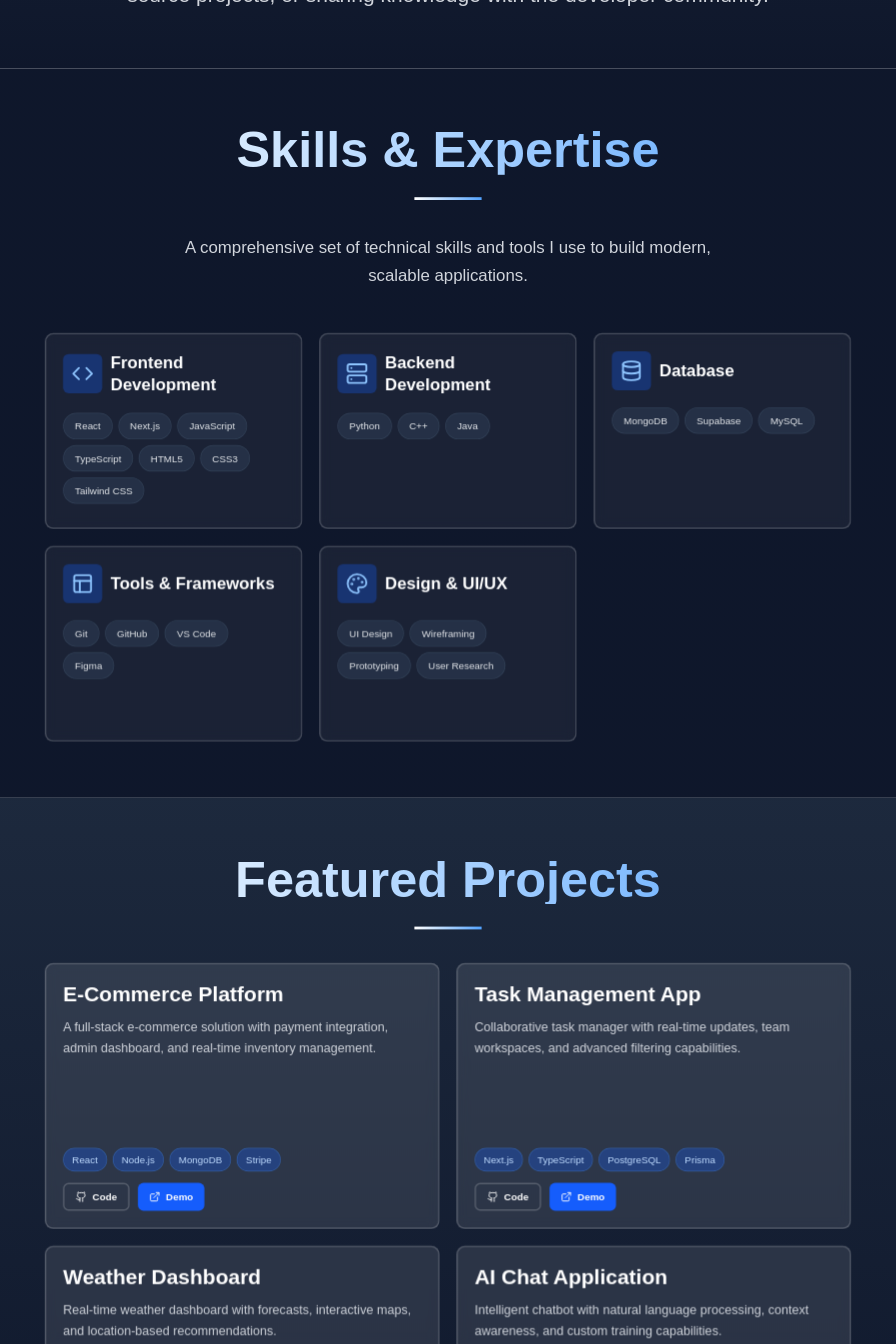
Repository: harshikabodekar/portfolio_awp
Page: /
An editor plug-in stored every save of this project. The page is shown before and after the next save, followed by the edit.
The browser window is 1280 px wide. The pictures show the part of the page from y = 1594 to 3514 px (the page is 4940 px tall), at 70% of full size.
The project was rebuilt for these pictures with package versions that can differ from the ones it lists, and the page was loaded fresh each time. The framework's server and built-in components were replaced by stand-ins that run in the browser. Also part of the build but not shown: next.config.mjs.

Above is the page before, as saved 2025-10-15 21:37:25.

### src/app/page.js
import Navbar from "./components/Navbar";
import Hero from "./components/Hero";
import About from "./components/About";
import Skills from "./components/Skills";
import Project from "./components/Project";
import Contact from "./components/Contact";

export default function Home() {
  return (
    <main>
      <Navbar />
      <Hero />
      <About />
      <Skills />
      <Project />
      <Contact />
    </main>
  );
}

### src/app/components/Navbar.js
import React from 'react';

const Navbar = () => {
  return (
    <nav className="bg-gray-900 text-white py-4 px-6 fixed w-full top-0 left-0 z-50 shadow-lg">
      <div className="container mx-auto flex justify-between items-center">
        <h1 className="text-4xl font-bold">My Portfolio</h1>
        <ul className="flex space-x-12">
          <li><a href="#home" className="hover:text-blue-400 text-2xl">Home</a></li>
          <li><a href="#about" className="hover:text-blue-400 text-2xl">About</a></li>
          <li><a href="#skills" className="hover:text-blue-400 text-2xl">Skills</a></li>
          <li><a href="#projects" className="hover:text-blue-400 text-2xl">Projects</a></li>
          <li><a href="#contact" className="hover:text-blue-400 text-2xl">Contact</a></li>
        </ul>
      </div>
    </nav>
  );
};

export default Navbar;

### src/app/components/Hero.js
"use client";
import { Github, Linkedin, Mail } from 'lucide-react';
import Image from 'next/image';

const Hero = () => {
  return (
    <section
      id="home"
      className="py-20 px-6 bg-gradient-to-b from-slate-800 to-slate-900 text-white min-h-screen flex items-center justify-center"
    >
      <div className="container mx-auto px-4">
        <div className="max-w-6xl mx-auto">

          {/* Profile Image */}
          <div className="flex justify-center mb-12">
            <div className="relative w-64 h-64 md:w-80 md:h-80 rounded-full overflow-hidden border-4 border-blue-400/30 shadow-2xl">
              <Image
                src="/profile.jpeg.jpeg"
                alt="Harshika Bodekar"
                fill
                className="object-cover"
                priority
              />
            </div>
          </div>

          {/* Text Content - Centered like About page */}
          <div className="text-center">
            <h1 className="text-4xl sm:text-5xl md:text-6xl lg:text-7xl font-bold mb-8 bg-gradient-to-r from-white to-blue-400 bg-clip-text text-transparent">
              Harshika Bodekar
            </h1>
            <div className="w-24 h-1 bg-gradient-to-r from-white to-blue-400 mx-auto mb-12"></div>

            <p className="text-xl md:text-2xl lg:text-3xl text-gray-300 mb-8 leading-relaxed">
              Computer Science Student | Frontend Developer
            </p>

            <p className="text-xl md:text-2xl lg:text-3xl text-gray-300 mb-12 leading-relaxed">
              Crafting elegant digital experiences with modern technologies.
              Passionate about clean code, intuitive design, and building products that make a difference.
            </p>

            <div className="flex gap-6 justify-center">
              <a
                href="https://github.com/harshikabodekar"
                target="_blank"
                rel="noopener noreferrer"
                className="p-4 rounded-full border-2 border-white/20 hover:border-blue-400/50 transition-all duration-300 hover:bg-white/10"
                aria-label="GitHub Profile"
              >
                <Github className="w-6 h-6" />
              </a>
              <a
                href="https://linkedin.com/in/harshikabodekar"
                target="_blank"
                rel="noopener noreferrer"
                className="p-4 rounded-full border-2 border-white/20 hover:border-blue-400/50 transition-all duration-300 hover:bg-white/10"
                aria-label="LinkedIn Profile"
              >
                <Linkedin className="w-6 h-6" />
              </a>
              <a
                href="mailto:harshikabodekar02@gmail.com"
                className="p-4 rounded-full border-2 border-white/20 hover:border-blue-400/50 transition-all duration-300 hover:bg-white/10"
                aria-label="Email Contact"
              >
                <Mail className="w-6 h-6" />
              </a>
            </div>
          </div>

        </div>
      </div>
    </section>
  );
};

export default Hero;

### src/app/components/About.js
import React from 'react';

const About = () => {
  return (
    <section id="about" className="py-20 px-6 bg-gradient-to-b from-slate-800 to-slate-900 text-white">
      <div className="container mx-auto px-4">
        <div className="max-w-6xl mx-auto">
          <h2 className="text-4xl sm:text-5xl md:text-6xl lg:text-7xl font-bold mb-8 text-center bg-gradient-to-r from-white to-blue-400 bg-clip-text text-transparent">
            About Me
          </h2>
          <div className="w-24 h-1 bg-gradient-to-r from-white to-blue-400 mx-auto mb-12"></div>

          <div className="text-center">
            <p className="text-xl md:text-2xl lg:text-3xl text-gray-300 leading-relaxed mb-8">
              I am Harshika Bodekar, a Computer Science student at Pimpri Chinchwad University.
              With developing expertise in computer science, I craft robust backend solutions.
            </p>
            <p className="text-xl md:text-2xl lg:text-3xl text-gray-300 leading-relaxed mb-8">
              My journey is driven by a passion for building scalable, efficient systems that power modern applications.
              I enjoy tackling complex challenges and exploring cutting-edge tech.
            </p>
            <p className="text-xl md:text-2xl lg:text-3xl text-gray-300 leading-relaxed">
              When I'm not coding, you'll find me exploring new technologies, contributing to
              open-source projects, or sharing knowledge with the developer community.
            </p>
          </div>
        </div>
      </div>
    </section>
  );
};

export default About;

### src/app/components/Skills.js
"use client";
import React from 'react';
import { Code, Database, Layout, Server, Globe, Palette } from 'lucide-react';

const Skills = () => {
  const skillCategories = [
    {
      icon: Code,
      title: "Frontend Development",
      skills: ["React", "Next.js", "JavaScript", "TypeScript", "HTML5", "CSS3", "Tailwind CSS"]
    },
    {
      icon: Server,
      title: "Backend Development",
      skills: [ "Python", "C++", "Java"]
    },
    {
      icon: Database,
      title: "Database",
      skills: ["MongoDB", "Supabase", "MySQL"]
    },
    {
      icon: Layout,
      title: "Tools & Frameworks",
      skills: ["Git", "GitHub", "VS Code", "Figma"]
    },

    {
      icon: Palette,
      title: "Design & UI/UX",
      skills: ["UI Design", "Wireframing", "Prototyping", "User Research"]
    }
  ];

  return (
    <section id="skills" className="py-20 px-6 bg-gradient-to-b from-slate-900 to-slate-900 text-white">
      <div className="container mx-auto px-4">
        <div className="max-w-6xl mx-auto">
          <h2 className="text-4xl sm:text-5xl md:text-6xl lg:text-7xl font-bold mb-8 text-center bg-gradient-to-r from-white to-blue-400 bg-clip-text text-transparent">
            Skills & Expertise
          </h2>
          <div className="w-24 h-1 bg-gradient-to-r from-white to-blue-400 mx-auto mb-12"></div>

          <p className="text-center text-xl md:text-2xl text-gray-300 mb-16 max-w-3xl mx-auto leading-relaxed">
            A comprehensive set of technical skills and tools I use to build modern, scalable applications.
          </p>

          <div className="grid sm:grid-cols-1 md:grid-cols-2 lg:grid-cols-3 gap-6">
            {skillCategories.map((category, index) => {
              const IconComponent = category.icon;
              return (
                <div
                  key={index}
                  className="border-2 border-white/20 rounded-xl p-6 h-[280px] hover:border-blue-400/50 transition-all duration-300 backdrop-blur-sm bg-white/5 group flex flex-col"
                >
                  <div className="flex items-center gap-3 mb-6">
                    <div className="p-3 bg-blue-600/30 rounded-lg group-hover:bg-blue-600/50 transition-all duration-300">
                      <IconComponent className="w-8 h-8 text-blue-300" />
                    </div>
                    <h3 className="text-xl md:text-2xl font-bold text-white group-hover:text-blue-400 transition-colors">
                      {category.title}
                    </h3>
                  </div>

                  <div className="flex flex-wrap gap-2 flex-1 content-start">
                    {category.skills.map((skill, skillIndex) => (
                      <span
                        key={skillIndex}
                        className="px-4 py-2 bg-slate-700/50 border border-slate-600/50 rounded-full text-sm text-gray-200 hover:bg-blue-600/30 hover:border-blue-400/50 transition-all duration-300"
                      >
                        {skill}
                      </span>
                    ))}
                  </div>
                </div>
              );
            })}
          </div>
        </div>
      </div>
    </section>
  );
};

export default Skills;

### src/app/components/Project.js
import React from 'react';
import ProjectCard from './ProjectCard';
import { projectsData } from '../data/projects';

const Projects = () => {
  const projects = [
    {
      title: "E-Commerce Platform",
      description: "A full-stack e-commerce solution with payment integration, admin dashboard, and real-time inventory management.",
      tech: ["React", "Node.js", "MongoDB", "Stripe"],
      github: "https://github.com",
      demo: "https://demo.com"
    },
    {
      title: "Task Management App",
      description: "Collaborative task manager with real-time updates, team workspaces, and advanced filtering capabilities.",
      tech: ["Next.js", "TypeScript", "PostgreSQL", "Prisma"],
      github: "https://github.com",
      demo: "https://demo.com"
    },
    {
      title: "Weather Dashboard",
      description: "Real-time weather dashboard with forecasts, interactive maps, and location-based recommendations.",
      tech: ["Vue.js", "Python", "FastAPI", "OpenWeather API"],
      github: "https://github.com",
      demo: "https://demo.com"
    },
    {
      title: "AI Chat Application",
      description: "Intelligent chatbot with natural language processing, context awareness, and custom training capabilities.",
      tech: ["React", "Python", "TensorFlow", "WebSockets"],
      github: "https://github.com",
      demo: "https://demo.com"
    }
  ];

  return (
    <section id="projects" className="py-20 px-6 bg-gradient-to-b from-slate-800 to-slate-900 text-white">
      <div className="container mx-auto px-4">
        <div className="max-w-6xl mx-auto">
          <h2 className="text-4xl sm:text-5xl md:text-6xl lg:text-7xl font-bold mb-8 text-center bg-gradient-to-r from-white to-blue-400 bg-clip-text text-transparent">
            Featured Projects
          </h2>
          <div className="w-24 h-1 bg-gradient-to-r from-white to-blue-400 mx-auto mb-12"></div>

          <div className="grid sm:grid-cols-1 md:grid-cols-2 gap-6">
            {projects.map((project, index) => (
              <ProjectCard key={index} project={project} />
            ))}
          </div>
        </div>
      </div>
    </section>
  );
};

export default Projects;

### src/app/components/Contact.js
"use client";
import { Mail, Phone, MapPin, Github, Linkedin, Twitter } from 'lucide-react';

const Contact = () => {
  const contactInfo = [
    {
      icon: Mail,
      label: "Email",
      value: "harshikabodekar02@gmail.com",
      href: "mailto:harshikabodekar02@gmail.com"
    },
    {
      icon: Phone,
      label: "Phone",
      value: "+91 9130343030",
      href: "tel:+919130343030"
    },
    {
      icon: MapPin,
      label: "Location",
      value: "Pune, India",
      href: "#"
    }
  ];

  const socialLinks = [
    {
      icon: Github,
      label: "GitHub",
      href: "https://github.com/harshikabodekar"
    },
    {
      icon: Linkedin,
      label: "LinkedIn",
      href: "https://linkedin.com/in/harshikabodekar"
    },
    {
      icon: Twitter,
      label: "Twitter",
      href: "https://twitter.com/harshikabodekar"
    }
  ];

  return (
    <section id="contact" className="py-20 px-6 bg-gradient-to-b from-slate-800 to-slate-900 text-white">
      <div className="container mx-auto px-4">
        <div className="max-w-6xl mx-auto">
          <h2 className="text-4xl sm:text-5xl md:text-6xl lg:text-7xl font-bold mb-8 text-center bg-gradient-to-r from-white to-blue-400 bg-clip-text text-transparent">
            Get In Touch
          </h2>
          <div className="w-24 h-1 bg-gradient-to-r from-white to-blue-400 mx-auto mb-12"></div>

          <p className="text-center text-xl md:text-2xl text-gray-300 mb-16 max-w-3xl mx-auto leading-relaxed">
            I'm always open to discussing new projects, creative ideas, or opportunities to be part of your visions.
          </p>

          <div className="grid md:grid-cols-3 gap-8 mb-16">
            {contactInfo.map((info, index) => (
              <div
                key={index}
                className="border-2 border-white/20 rounded-xl p-8 hover:border-blue-400/50 transition-all duration-300 backdrop-blur-sm bg-white/5 text-center group"
              >
                <div className="inline-flex p-4 bg-blue-600/30 rounded-lg mb-6 group-hover:bg-blue-600/50 transition-all duration-300">
                  <info.icon className="w-8 h-8 text-blue-300" />
                </div>
                <h3 className="text-lg font-semibold text-gray-400 mb-3">{info.label}</h3>
                <a
                  href={info.href}
                  className="text-xl md:text-2xl text-white hover:text-blue-400 transition-colors duration-300 break-words"
                >
                  {info.value}
                </a>
              </div>
            ))}
          </div>

          <div className="border-2 border-white/20 rounded-xl p-10 backdrop-blur-sm bg-white/5">
            <h3 className="text-3xl md:text-4xl font-bold mb-8 text-center bg-gradient-to-r from-white to-blue-400 bg-clip-text text-transparent">
              Connect With Me
            </h3>

            <div className="flex justify-center gap-6 mb-10">
              {socialLinks.map((social, index) => (
                <a
                  key={index}
                  href={social.href}
                  target="_blank"
                  rel="noopener noreferrer"
                  className="p-4 rounded-full border-2 border-white/20 hover:border-blue-400/50 transition-all duration-300 hover:bg-white/10"
                  aria-label={social.label}
                >
                  <social.icon className="w-8 h-8" />
                </a>
              ))}
            </div>

            <div className="text-center">
              <a
                href="mailto:harshikabodekar02@gmail.com"
                className="inline-flex items-center gap-3 px-8 py-4 bg-blue-600 hover:bg-blue-700 rounded-full text-lg md:text-xl font-semibold transition-all duration-300 hover:shadow-lg hover:shadow-blue-500/50"
              >
                <Mail className="w-6 h-6" />
                Send Me an Email
              </a>
            </div>
          </div>
        </div>
      </div>
    </section>
  );
};

export default Contact;

### src/app/components/ProjectCard.js
"use client";
import { Github, ExternalLink } from 'lucide-react';

const ProjectCard = ({ project }) => {
  return (
    <div className="bg-white/10 backdrop-blur-sm border-2 border-white/20 rounded-xl p-6 h-[380px] hover:border-blue-400/50 transition-all duration-300 group flex flex-col">
      <h3 className="text-2xl md:text-3xl font-bold mb-4 text-white group-hover:text-blue-400 transition-colors">
        {project.title}
      </h3>

      <p className="text-base md:text-lg text-gray-300 mb-4 leading-relaxed flex-grow">
        {project.description}
      </p>

      <div className="flex flex-wrap gap-2 mb-4">
        {project.tech.map((tech, index) => (
          <span
            key={index}
            className="px-3 py-1.5 bg-blue-600/30 border border-blue-400/30 rounded-full text-sm text-blue-200 font-medium"
          >
            {tech}
          </span>
        ))}
      </div>

      <div className="flex gap-3">
        <a
          href={project.github}
          target="_blank"
          rel="noopener noreferrer"
          className="flex items-center gap-2 px-4 py-2 border-2 border-white/20 rounded-lg hover:border-blue-400/50 hover:bg-white/10 transition-all duration-300 text-sm font-semibold"
        >
          <Github className="w-4 h-4" />
          Code
        </a>
        <a
          href={project.demo}
          target="_blank"
          rel="noopener noreferrer"
          className="flex items-center gap-2 px-4 py-2 bg-blue-600 hover:bg-blue-700 rounded-lg transition-all duration-300 text-sm font-semibold"
        >
          <ExternalLink className="w-4 h-4" />
          Demo
        </a>
      </div>
    </div>
  );
};

export default ProjectCard;

Loaded but not shown: src/app/layout.js (common file); src/app/globals.css (common file); src/app/data/projects.js (no stored copy; drawn as an empty file)

After the next save:
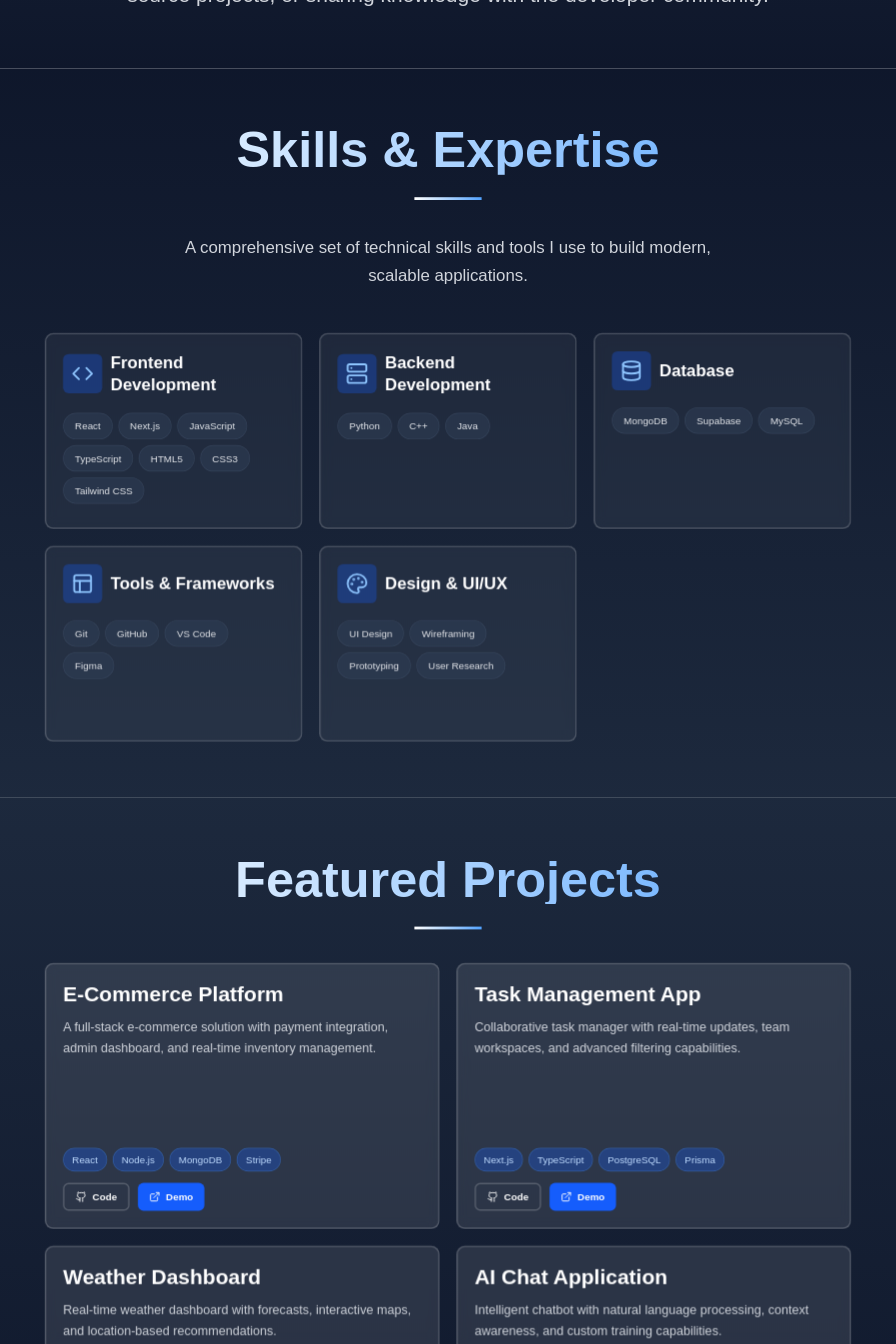
Saved 4 s later.
--- a/src/app/components/Skills.js
+++ b/src/app/components/Skills.js
@@ -33,7 +33,7 @@ const Skills = () => {
   ];
 
   return (
-    <section id="skills" className="py-20 px-6 bg-gradient-to-b from-slate-900 to-slate-900 text-white">
+    <section id="skills" className="py-20 px-6 bg-gradient-to-b from-slate-900 to-slate-800 text-white">
       <div className="container mx-auto px-4">
         <div className="max-w-6xl mx-auto">
           <h2 className="text-4xl sm:text-5xl md:text-6xl lg:text-7xl font-bold mb-8 text-center bg-gradient-to-r from-white to-blue-400 bg-clip-text text-transparent">
